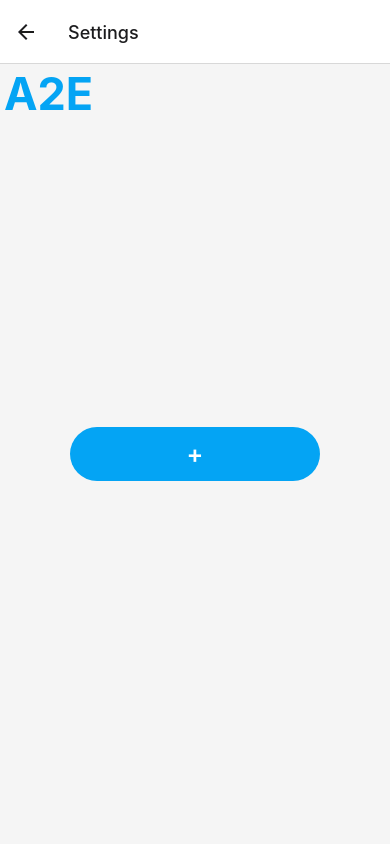
Repository: amartinM1/A2E-UI
Page: /Settings
These files come from the project's save history. The page is drawn as it stood at one moment and after the next save; the edit follows.
The browser window is 390 px wide. The pictures show the whole page.
The app was drawn by React Native's web renderer in a window 390 px wide. The project was rebuilt for these pictures with package versions that can differ from the ones it lists, and the page was loaded fresh each time. Some packages were replaced by stand-ins written for this rebuild. Also part of the build but not shown: pages/profile.js, server/server.js, pages/home.js.

Above is the page before, as saved 2023-02-16 12:02:09.

After the next save:
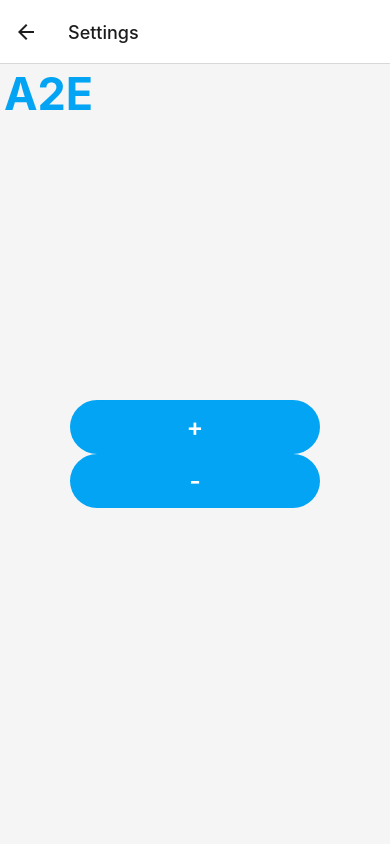
Saved 37 s later.
--- a/pages/settings.js
+++ b/pages/settings.js
@@ -30,6 +30,13 @@ function Settings({navigation}) {
                             textStyle={styles.button_text}
                         >
                         +
+                </Button>
+                <Button
+                            onPress={() =>setFontSize(fontSize - 2)}
+                            toStyle={styles.button}
+                            textStyle={styles.button_text}
+                        >
+                        -
                 </Button>
 
 
